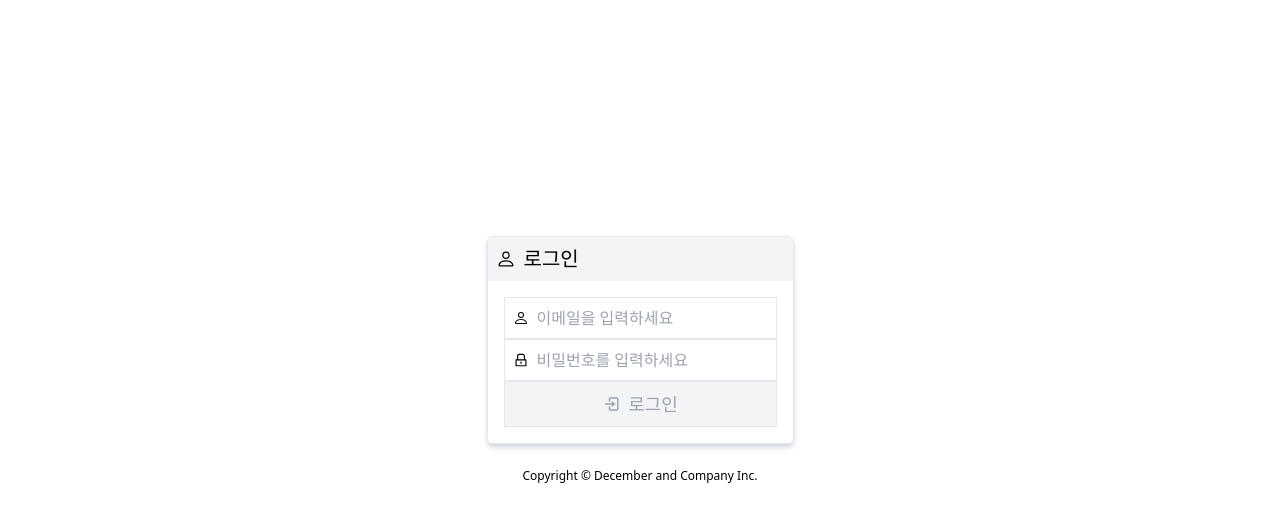
Repository: wanted-pre-onboarding-4/pre-onboarding-assignment-week-4-1-team-4
Page: /login (app in client/)
An editor plug-in stored every save of this project. The page is shown before and after the next save, followed by the edit.
The browser window is 1280 px wide. The pictures show the whole page.
The project was rebuilt for these pictures with package versions that can differ from the ones it lists, and the page was loaded fresh each time. Also part of the build but not shown: client/src/components/Footer.jsx, client/src/components/Header.jsx, client/src/components/Sider.jsx, client/src/components/Layout.jsx.

Above is the page before, as saved 2022-09-20 21:21:57.

### client/src/index.js
import React from 'react';
import ReactDOM from 'react-dom/client';
import App from './App';
import "./index.css"
const root = ReactDOM.createRoot(document.getElementById('root'));
root.render(
  <React.StrictMode>
    <App />
  </React.StrictMode>
);

### client/src/App.js
import { BrowserRouter as Router, Routes, Route } from 'react-router-dom';
import Layout from './components/Layout';
import Login from './pages/login/Login';

function App() {
  return (
    <Router>
      <Routes>
        <Route path="/login" element={<Login/>} />
        <Route element={<Layout />}>
          <Route path="/" element={<div>홈</div>} />
          <Route path="/users" element={<div>유저 목록 페이지</div>} />
          <Route path="/users/:user_id" element={<div>유저 상세 페이지</div>} />
          <Route path="/accounts" element={<div>계좌 목록 페이지</div>} />
          <Route path="/accounts/:account_id" element={<div>계좌 상세 페이지</div>} />
          <Route path="*" element={<div>404페이지</div>} />
        </Route>
      </Routes>
    </Router>
  );
}

export default App;

### client/src/index.css
#root{
  display: flex;
  height:100vh;
}

@tailwind base;
@tailwind components;
@tailwind utilities;

### client/src/pages/login/Login.jsx
import React from 'react';
import { BsPerson } from 'react-icons/bs';
import { AiOutlineLock } from 'react-icons/ai';
import { BiLogIn } from 'react-icons/bi';

const Login = () => {
  return (
    <div className='flex flex-col justify-center items-center w-full gap-y-6'>
      <div className='border-solid border-[1px] rounded-md shadow-md shadow-gray-300'>
        <div className="flex items-center justify-start space-x-2 p-2 font-medium text-xl bg-gray-100">
          <BsPerson />
          <h1>로그인</h1>
        </div>
        <form className='p-4'>
          <label className="flex items-center space-x-2 border-solid border-[1px] p-2">
            <BsPerson />
            <input type="email" placeholder="이메일을 입력하세요" className='outline-none' />
          </label>
          <label className="flex items-center space-x-2 border-solid border-[1px] p-2">
            <AiOutlineLock />
            <input type="password" placeholder="비밀번호를 입력하세요" className='outline-none' />
          </label>
          <button
            className="flex items-center justify-center space-x-2 w-full text-lg border-solid border-[1px] p-2 disabled:text-gray-400 disabled:bg-gray-100"
            disabled={true}
          >
            <BiLogIn />
            <span>로그인</span>
          </button>
        </form>
      </div>
        <p className='text-xs'>Copyright © December and Company Inc.</p>
    </div>
  );
};

export default Login;

Loaded but not shown: client/public/index.html (common file); client/tailwind.config.js (common file)

After the next save:
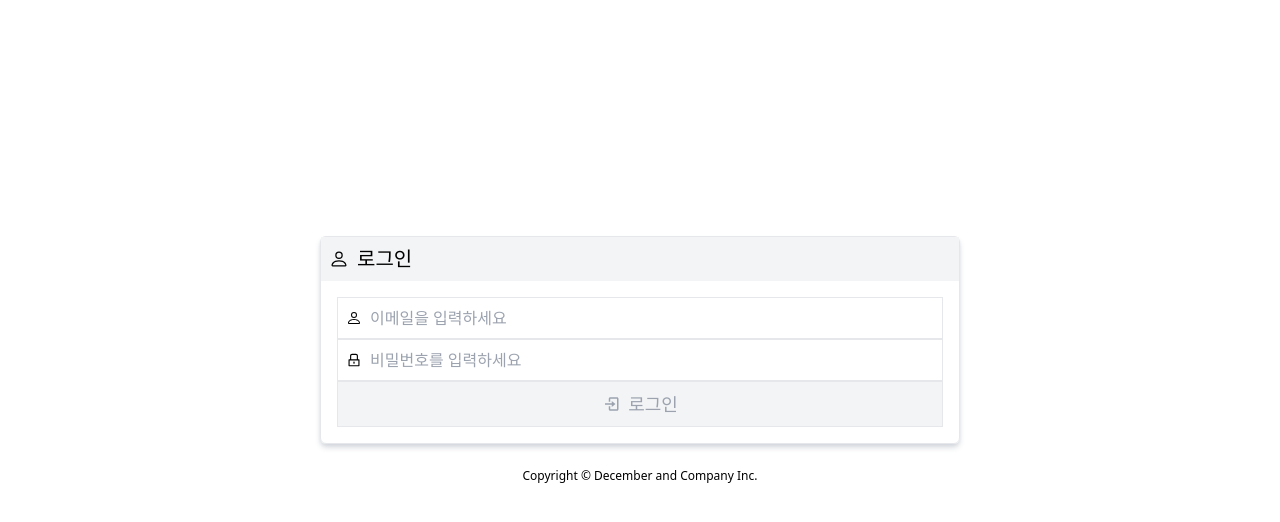
Saved 24 s later.
--- a/client/src/pages/login/Login.jsx
+++ b/client/src/pages/login/Login.jsx
@@ -6,7 +6,7 @@ import { BiLogIn } from 'react-icons/bi';
 const Login = () => {
   return (
     <div className='flex flex-col justify-center items-center w-full gap-y-6'>
-      <div className='border-solid border-[1px] rounded-md shadow-md shadow-gray-300'>
+      <div className='border-solid border-[1px] rounded-md shadow-md shadow-gray-300 w-1/2'>
         <div className="flex items-center justify-start space-x-2 p-2 font-medium text-xl bg-gray-100">
           <BsPerson />
           <h1>로그인</h1>
